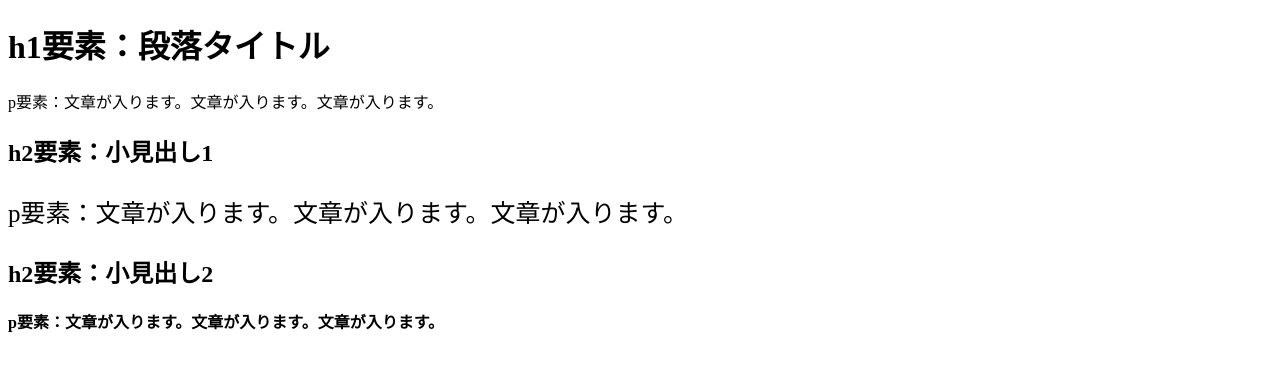
Repository: chiccha-ino/samurai_HTML-CSS
Page: index.html
The author's editor kept a record of every edit. The page is drawn from the files as they stood at one moment, then again after the next edit.
The browser window is 1280 px wide. The pictures show the whole page.

Above is the page before.

### index.html
<!DOCTYPE html>
<html lang="ja">
    <head>
        <meta charset="UTF-8">
        <title>HTML/CSSの学習</title>
    </head>
    <body>
        <h1 class="blue">h1要素：段落タイトル</h1>
        <p>p要素：文章が入ります。文章が入ります。文章が入ります。</p>
        <h2 class="blue">h2要素：小見出し1</h2>
        <p style="font-size: 25px;">
            p要素：文章が入ります。文章が入ります。文章が入ります。
        </p>
        <h2 id="red">h2要素：小見出し2</h2>
        <p style="font-weight: bold;">
            p要素：文章が入ります。文章が入ります。文章が入ります。
        </p>
    </body>
</html>

After the next edit:
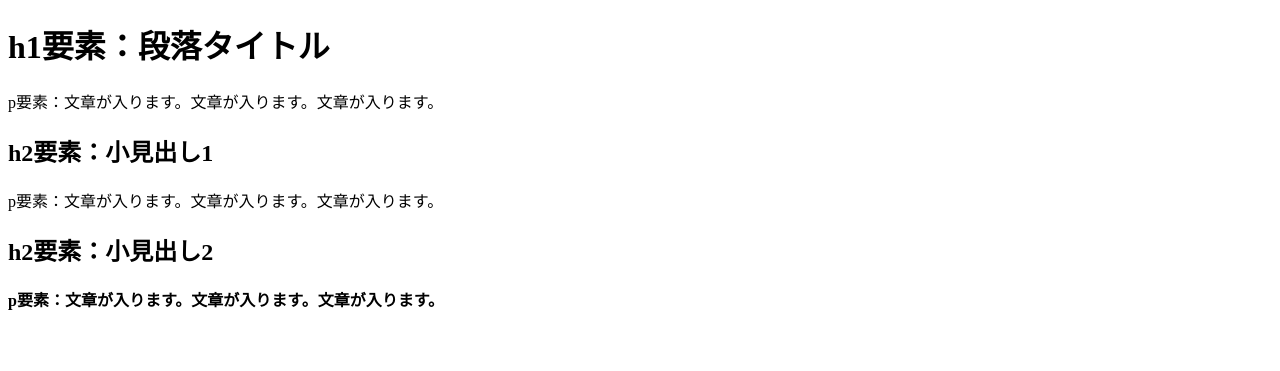
The edit:
--- a/index.html
+++ b/index.html
@@ -8,7 +8,7 @@
         <h1 class="blue">h1要素：段落タイトル</h1>
         <p>p要素：文章が入ります。文章が入ります。文章が入ります。</p>
         <h2 class="blue">h2要素：小見出し1</h2>
-        <p style="font-size: 25px;">
+        <p class="fs-25">
             p要素：文章が入ります。文章が入ります。文章が入ります。
         </p>
         <h2 id="red">h2要素：小見出し2</h2>
